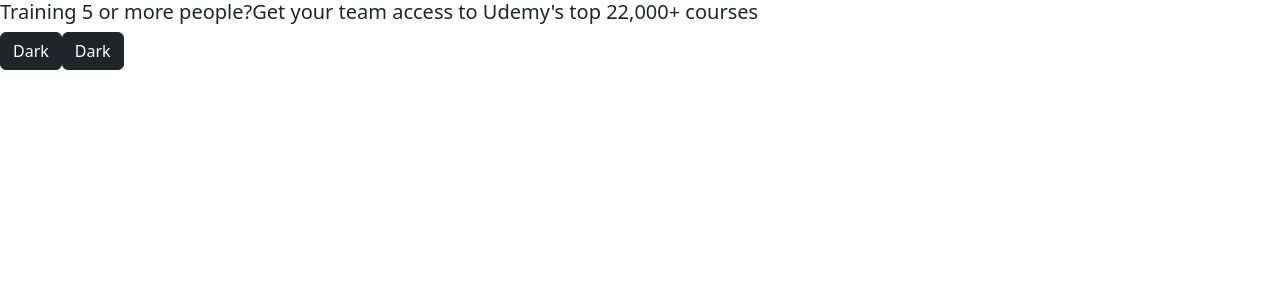
Repository: Taniafdes/newProject
Page: /division/division
An editor plug-in stored every save of this project. The page is shown before and after a run of saves, followed by the edit.
The browser window is 1280 px wide. The pictures show the whole page.
The project was rebuilt for these pictures with package versions that can differ from the ones it lists, and the page was loaded fresh each time. The framework's server and built-in components were replaced by stand-ins that run in the browser. Also part of the build but not shown: next.config.js.

Above is the page before, as saved 2023-06-15 15:40:17.

### pages/_app.js
import Head from "next/head";
import Script from "next/script";
import 'bootstrap/dist/css/bootstrap.css'
import 'bootstrap/dist/css/bootstrap.min.css'
function MyApp({ Component, pageProps }) {
  return (
    <>
      <Head>
        <meta name="viewport" content="width=device-width, initial-scale=1" />
      </Head>

      <Script
        src="https://cdn.jsdelivr.net/npm/bootstrap@5.0.0-beta1/dist/js/bootstrap.bundle.min.js"
        integrity="sha384-ygbV9kiqUc6oa4msXn9868pTtWMgiQaeYH7/t7LECLbyPA2x65Kgf80OJFdroafW"
        crossOrigin="anonymous"
      />
      <Component {...pageProps} />
    </>
  );
}
export default MyApp;

### pages/division/division.js
import React from 'react'
import { Container } from 'react-bootstrap';
import Button from 'react-bootstrap/Button';

const division = () => {
  return (
   <div>
   <div>
       <h5>Training 5 or more people?Get your team access to Udemy's top 22,000+ courses</h5>
</div>
<div>
<Button variant="dark">Dark</Button>
<Button variant="dark">Dark</Button>
</div>
   </div>

  )
}

export default division

After the next 2 saves:
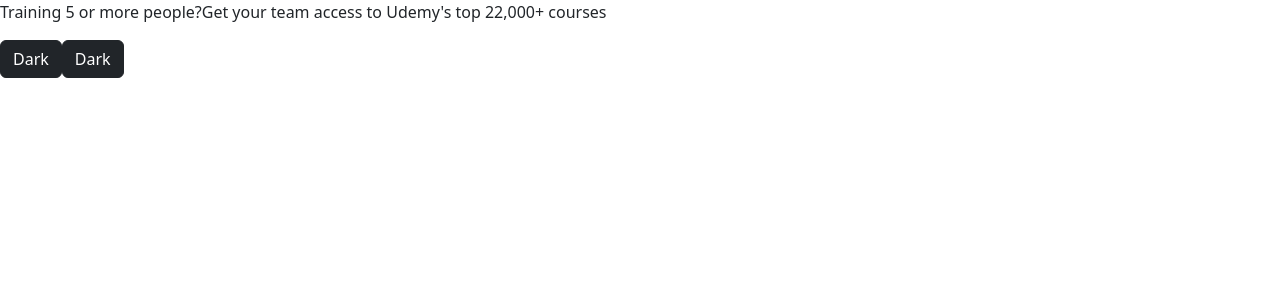
The 2 saves are shown as one change because they came seconds apart.
The last was saved 3 min 3 s later.
--- a/pages/division/division.js
+++ b/pages/division/division.js
@@ -6,7 +6,7 @@
   return (
    <div>
    <div>
-       <h5>Training 5 or more people?Get your team access to Udemy's top 22,000+ courses</h5>
+       <p>Training 5 or more people?Get your team access to Udemy's top 22,000+ courses</p>
 </div>
 <div>
 <Button variant="dark">Dark</Button>
